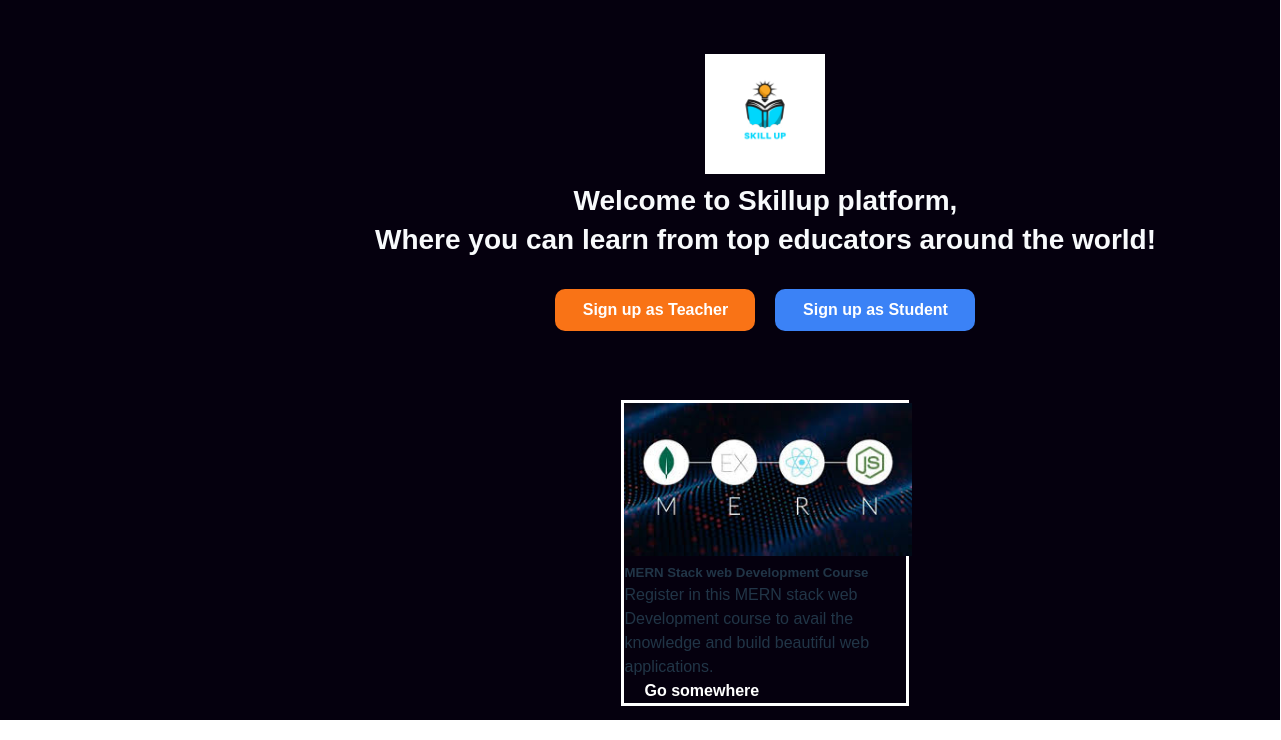
Repository: gowtham-jo/Learning-Management-System
Page: /
These files come from the project's save history. The page is drawn as it stood at one moment and after a run of saves; the edit follows.
The browser window is 1280 px wide. The page is 1281 px wide, then 1280 px, then 1281 px, so the pictures cover 1281 px, including what lies to the right of the window. The pictures show the whole page.
The project was rebuilt for these pictures with package versions that can differ from the ones it lists, and the page was loaded fresh each time. Also part of the build but not shown: vite.config.js, src/StudentRegistration.jsx, src/TeacherRegistration.jsx.

Above is the page before, as saved 2026-01-27 20:32:08.

After the next 5 saves:
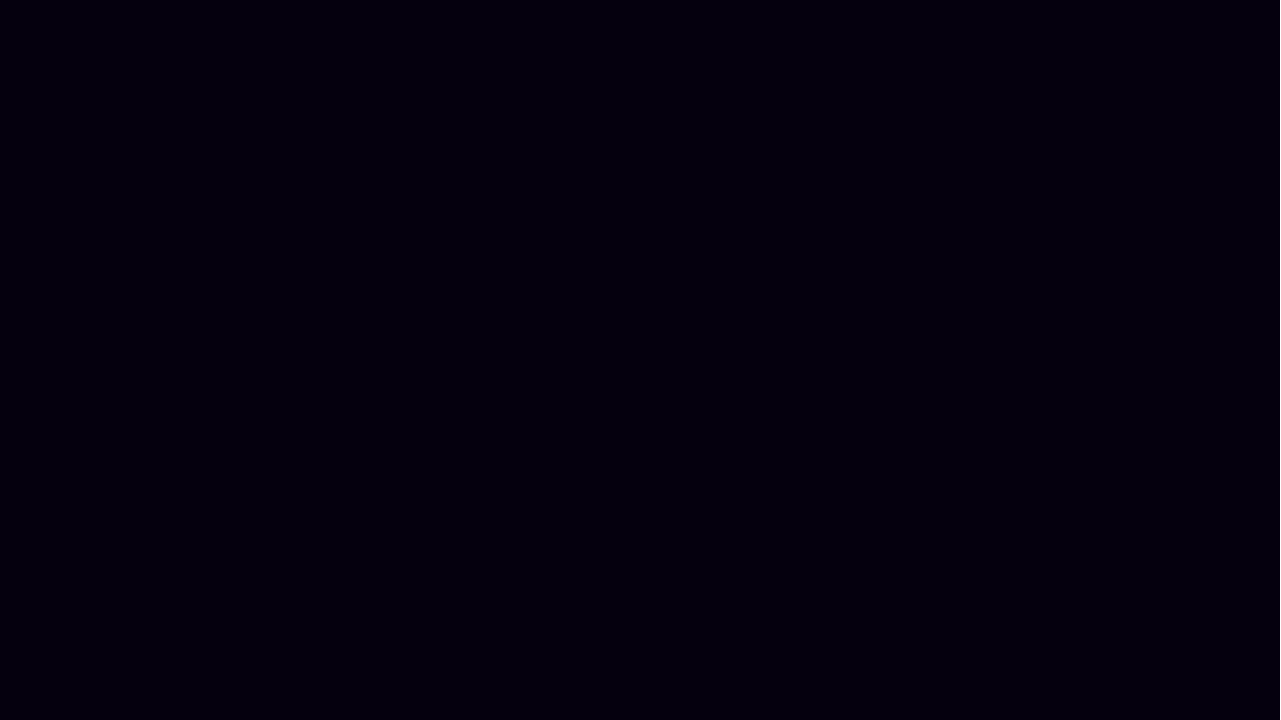
Console error: ReferenceError: borderRadius is not defined
The 5 saves are shown as one change because 1 did not build or start and some came seconds apart.
The last was saved 24 s later.
--- a/src/Homepage.jsx
+++ b/src/Homepage.jsx
@@ -33,7 +33,7 @@
 
         </div>
       </div>
-      <div className="card" style={{ width: "18rem",border:"3px solid white" }}>
+      <div className="card" style={{ width: "18rem",border:"3px solid white" ,borderRadius}}>
         <img src={mern} className="card-img-top" alt="..."style={{width:"18rem"}} />
           <div className="card-body" style={{ borderRadius: "10px" }}>
             <h5 className="card-title">MERN Stack web Development Course</h5>

After the 2 saves that followed:
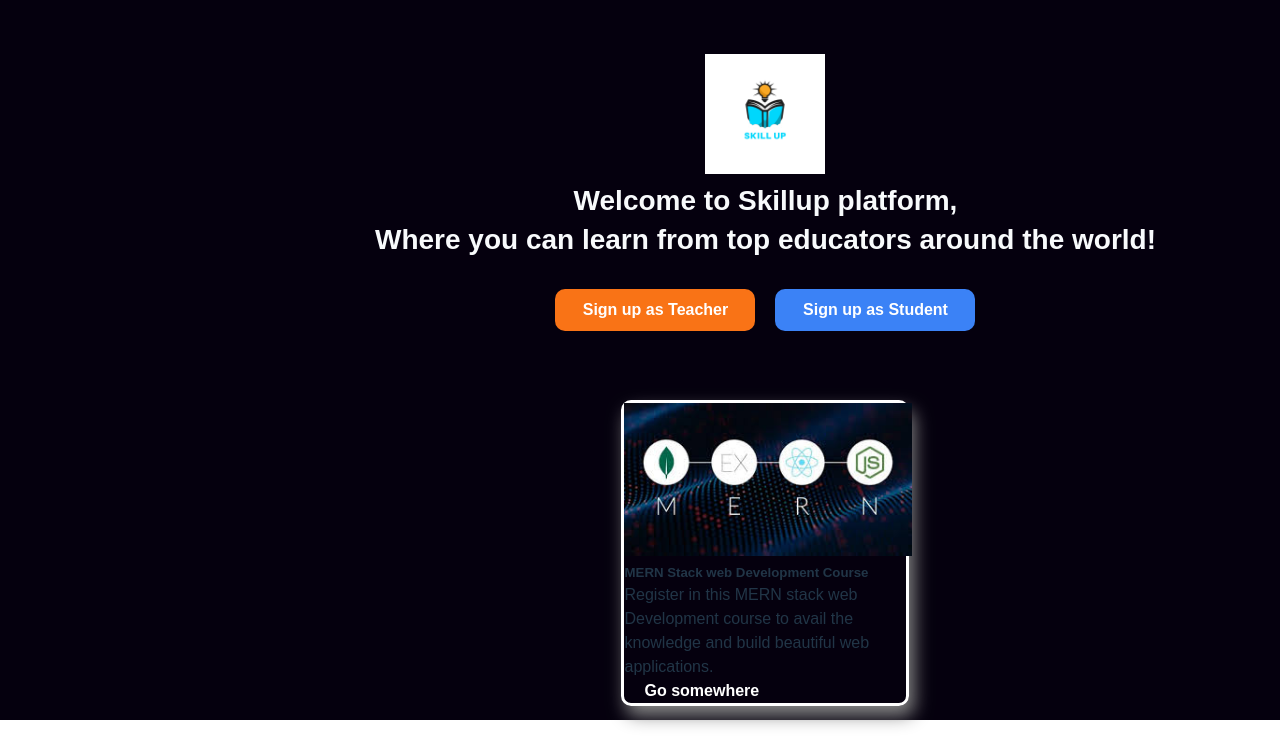
The error is gone.
The 2 saves are shown as one change because they came seconds apart.
The last was saved 6 s later.
--- a/src/Homepage.jsx
+++ b/src/Homepage.jsx
@@ -33,7 +33,7 @@
 
         </div>
       </div>
-      <div className="card" style={{ width: "18rem",border:"3px solid white" ,borderRadius}}>
+      <div className="card" style={{ width: "18rem",border:"3px solid white" ,borderRadius:"10px",boxShadow:"5px 10px 18px #888888"}}>
         <img src={mern} className="card-img-top" alt="..."style={{width:"18rem"}} />
           <div className="card-body" style={{ borderRadius: "10px" }}>
             <h5 className="card-title">MERN Stack web Development Course</h5>
